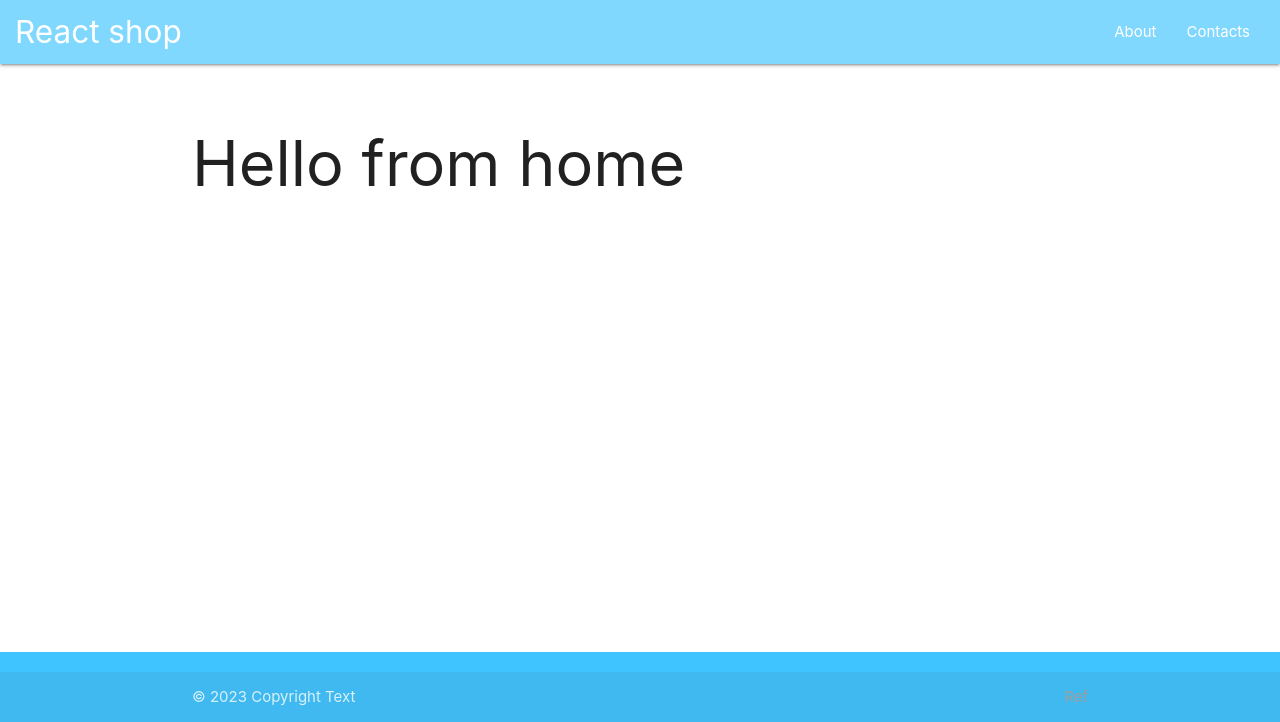
Repository: qui-qui-qui/react-recipe
Page: /
The author's editor kept a copy of each file at every save. The page is drawn from the files as they stood at one save, then again after the next save.
The browser window is 1280 px wide. The pictures show the whole page.
The project was rebuilt for these pictures with package versions that can differ from the ones it lists, and the page was loaded fresh each time. Also part of the build but not shown: src/pages/About.jsx, src/pages/Contact.jsx, src/pages/NotFound.jsx.

Above is the page before, as saved 2023-01-09 17:17:12.

After the next save:
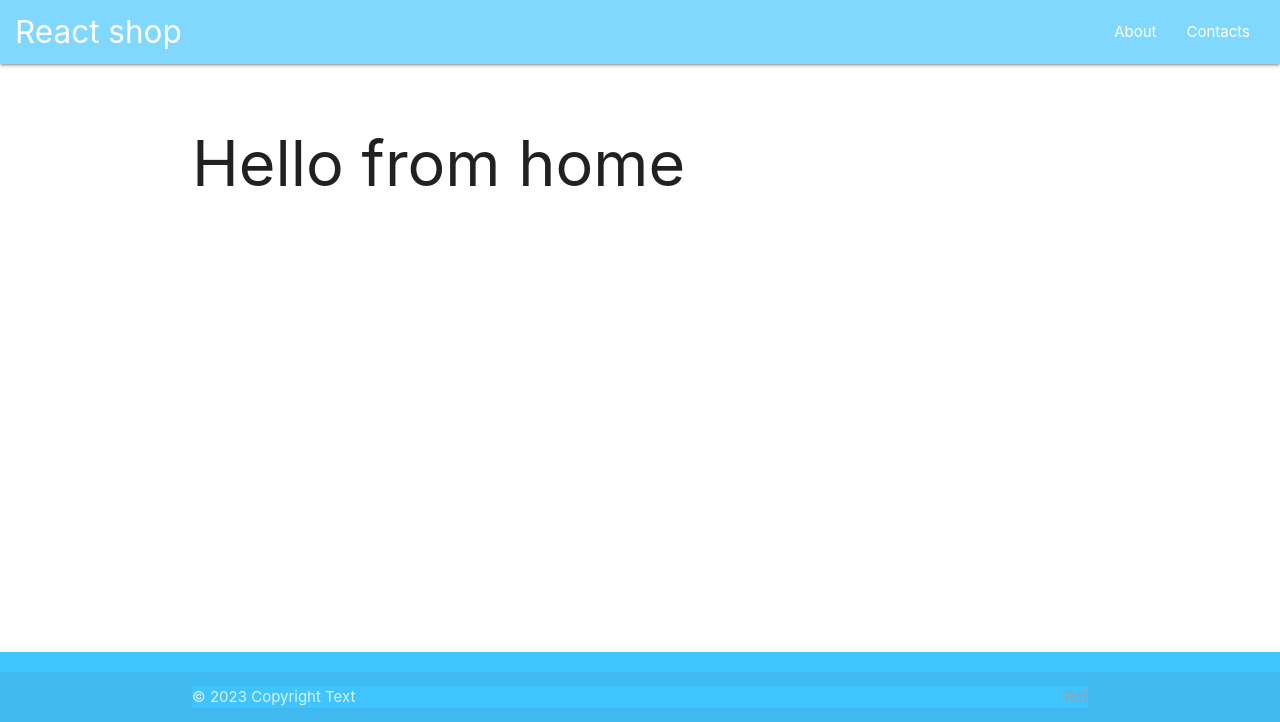
Saved 13 s later.
--- a/src/components/Footer.jsx
+++ b/src/components/Footer.jsx
@@ -1,7 +1,7 @@
 function Footer() {
   return <footer className="page-footer light-blue accent-2">
   <div className="footer-copyright">
-    <div className="container">
+    <div className="container light-blue accent-2">
     © {new Date().getFullYear()} Copyright Text
     <a className="grey-text right" href="#!">Ref</a>
     </div>
